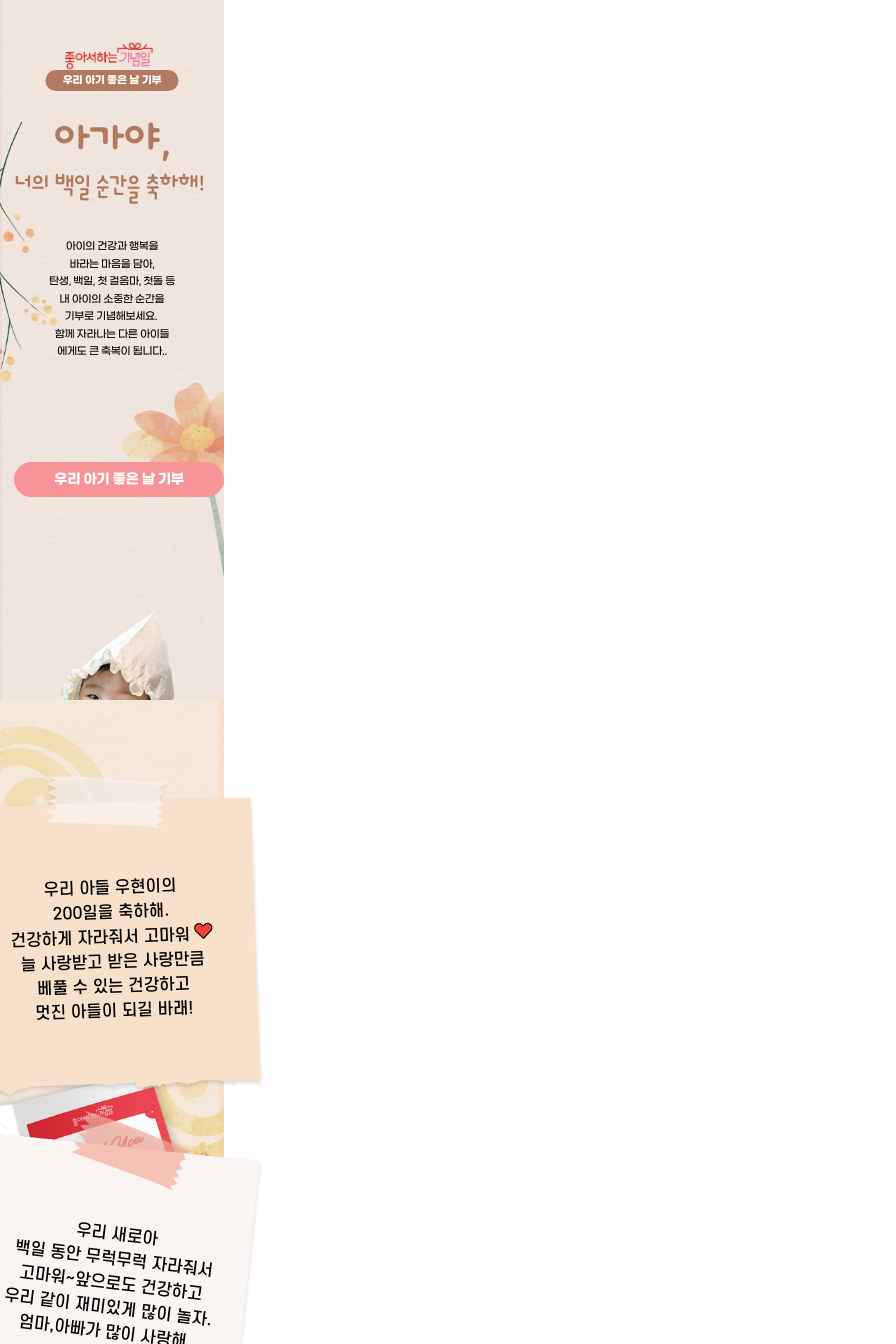
Repository: dlgywls1130/save_the_m320
Page: index.html
These files come from the project's save history. The page is drawn as it stood at one moment and after the next save; the edit follows.
The browser window is 1280 px wide. The pictures show the part of the page from y = 0 to 1920 px (the page is 10040 px tall), at 70% of full size.

Above is the page before, as saved 2023-12-21 00:50:31.

After the next save:
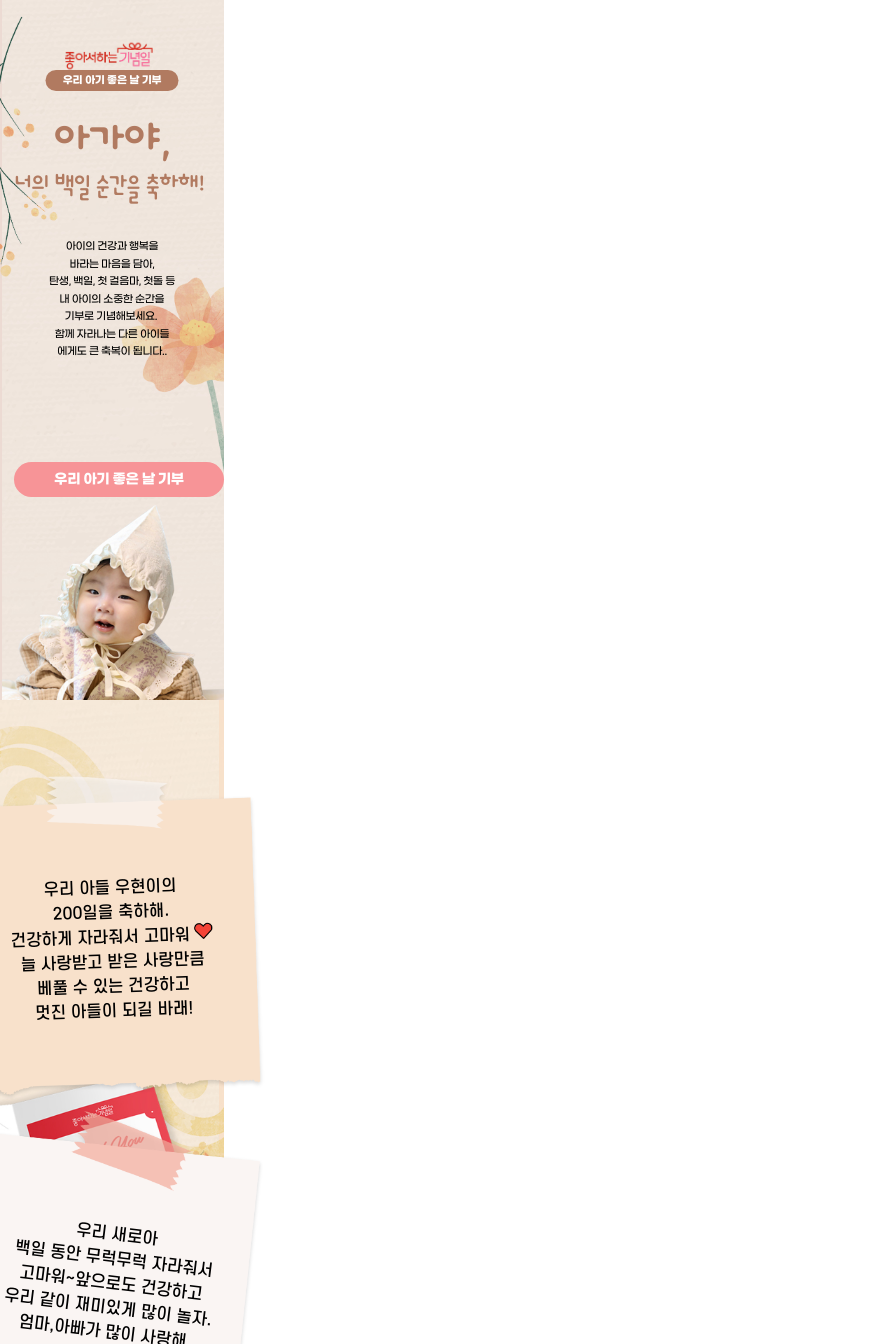
Saved 116 s later.
--- a/css/style.css
+++ b/css/style.css
@@ -113,9 +113,10 @@
 
 
 .section01{
-    background: url('../img/back01.jpg') no-repeat;
+    background: url(../img/back01.jpg) no-repeat;
     height: 1000px;
-
+    background-size: cover;
+    background-position: 86%;
 }
 
 .se01{
